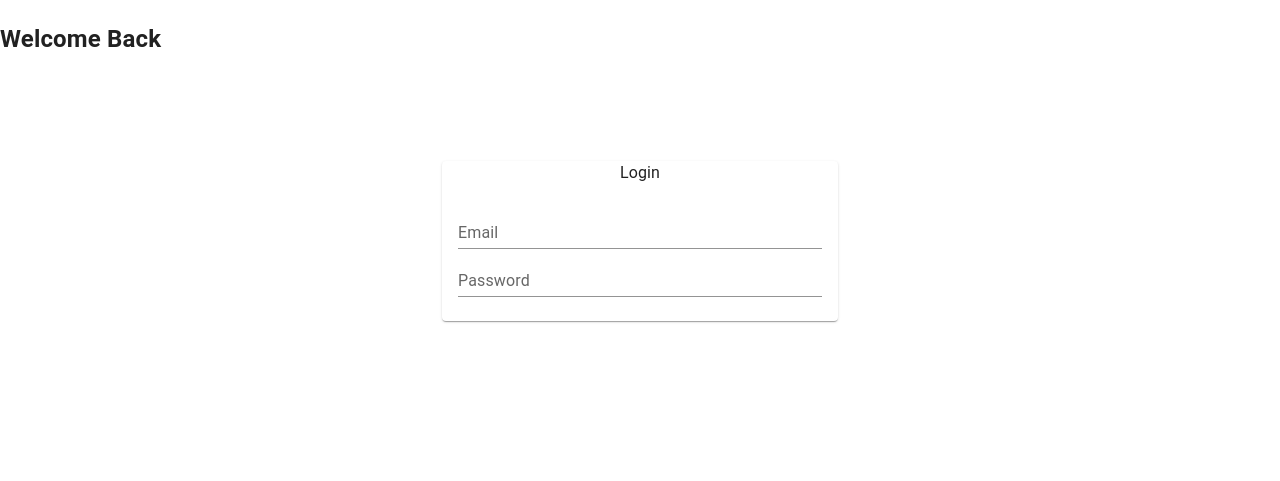
Repository: NGHIAVN1/Note
Page: /
The author's editor kept a copy of each file at every save. The page is drawn from the files as they stood at one save, then again after the next save.
The browser window is 1280 px wide. The pictures show the whole page.
The project was rebuilt for these pictures with package versions that can differ from the ones it lists, and the page was loaded fresh each time. Also part of the build but not shown: vite.config.js, src/Register.jsx, src/Pet.jsx, src/useBreedList.jsx, src/SearchParams.jsx.

Above is the page before, as saved 2024-03-05 18:34:18.

After the next save:
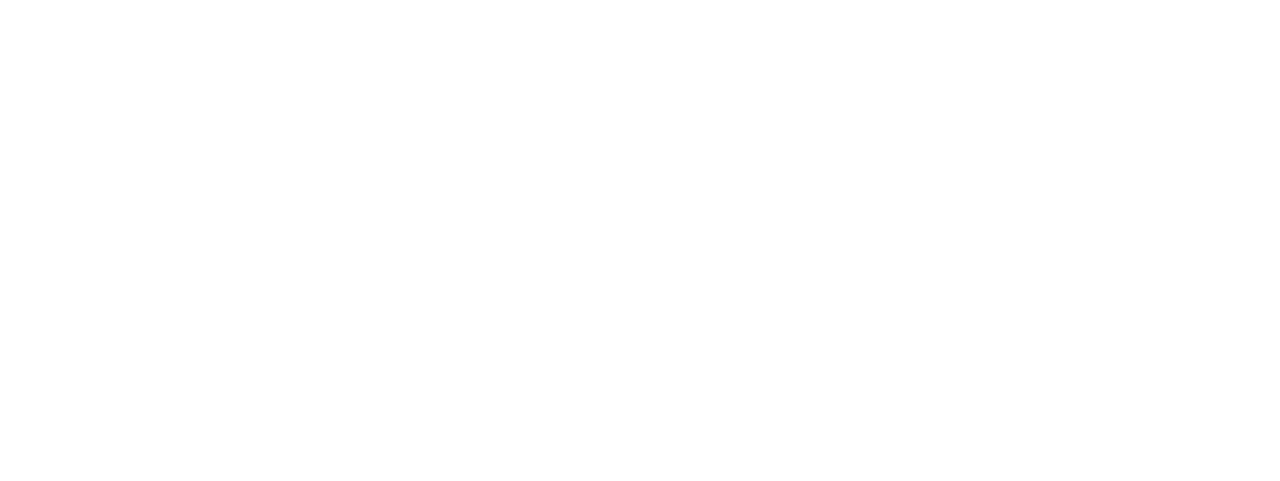
Console error: ReferenceError: FormControlLabel is not defined
Saved 3 min 21 s later.
--- a/src/LoginPages.jsx
+++ b/src/LoginPages.jsx
@@ -36,10 +36,22 @@
             <Typography sx={{ frontSize: 14 }} color={dark}>
               Login
             </Typography>
-            <Box component="form">
+            <Box component="form" submit>
               <CardContent>
                 <TextField variant="standard" label="Email" fullWidth />
                 <TextField variant="standard" label="Password" fullWidth />
+                <FormControlLabel
+                  control={<Checkbox value="remember" color="primary" />}
+                  label="Remember me"
+                />
+                <Button
+                  type="submit"
+                  fullWidth
+                  variant="contained"
+                  sx={{ mt: 3, mb: 2 }}
+                >
+                  Sign In
+                </Button>
               </CardContent>
             </Box>
           </Card>

After the 5 saves that followed:
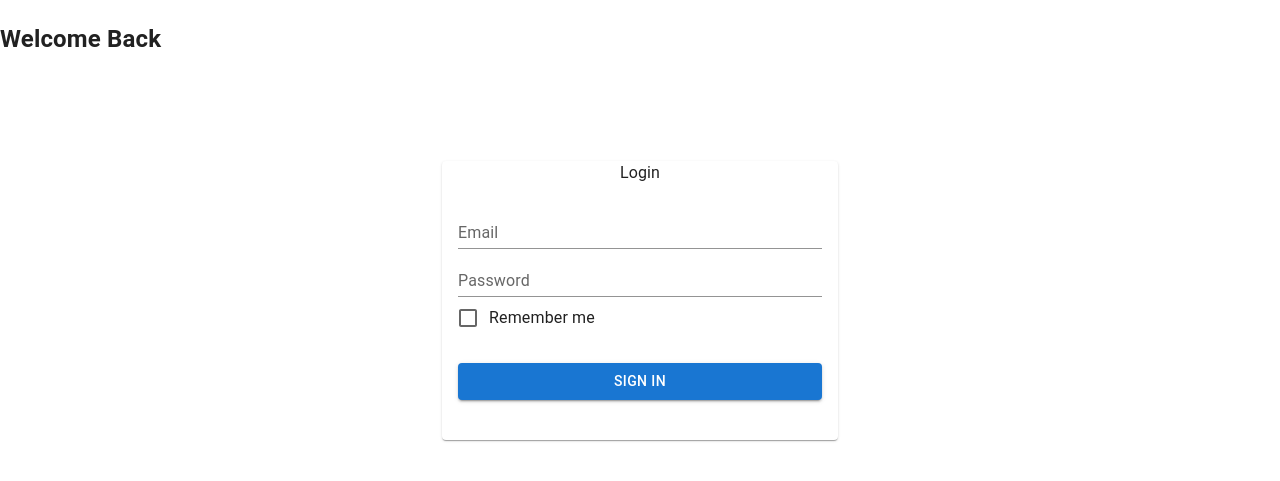
The error is gone.
The 5 saves are shown as one change because 3 left the picture as it was and some came seconds apart.
The last was saved 2 min 3 s later.
--- a/src/LoginPages.jsx
+++ b/src/LoginPages.jsx
@@ -9,7 +9,9 @@
 import Card from "@mui/material/Card";
 import { dark } from "@mui/material/styles/createPalette";
 import Box from "@mui/material/Box";
-
+import FormControlLabel from "@mui/material/FormControlLabel";
+import Button from "@mui/material/Button";
+import Checkbox from "@mui/material/Checkbox";
 import Grid from "@mui/material/Grid";
 // const defaultTheme = createTheme();
 const LoginPage = () => {
